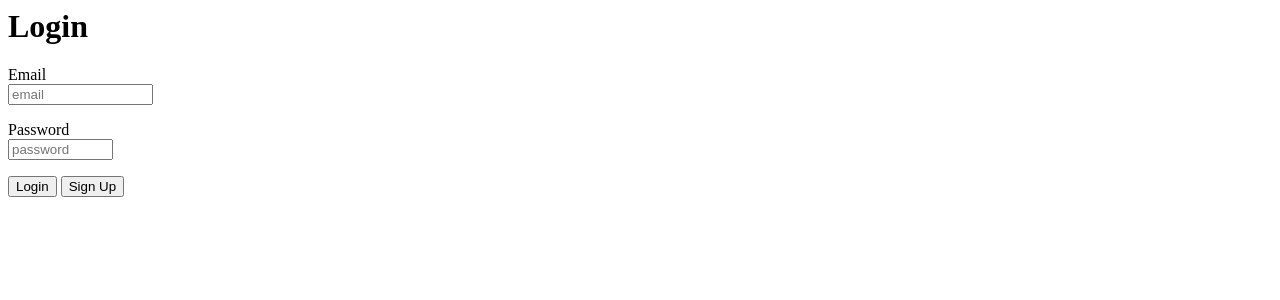
Repository: WillLiang918/Portfolio
Page: http://localhost/Task_Manager/login.jsp
These files come from the project's save history. The page is drawn as it stood at one moment and after the next save; the edit follows.
The browser window is 1280 px wide. The pictures show the whole page.
The page is served by Tomcat 9.

Above is the page before, as saved 2015-07-22 19:51:26.

After the next save:
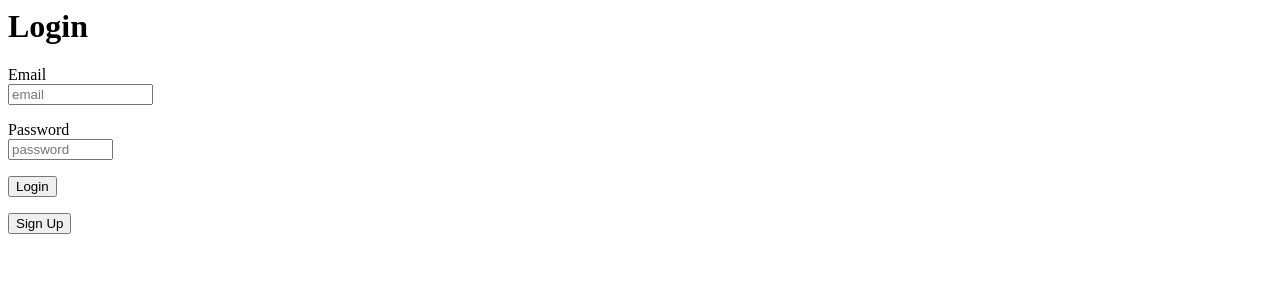
Saved 49 s later.
--- a/Task_Manager/WebContent/login.jsp
+++ b/Task_Manager/WebContent/login.jsp
@@ -12,10 +12,11 @@
 	<input type="password" name="password" placeholder="password" size="10" maxlength="20"/></p>
 	<p>
 		<input type="submit" name="submit" value="Login"/>
+	</p>
+
 		<a href="ForgotPassword.jsp" title="AJAX!">
 		 <button>Sign Up</button>
 		</a>
-	</p>
 
 </form>
 </body>
